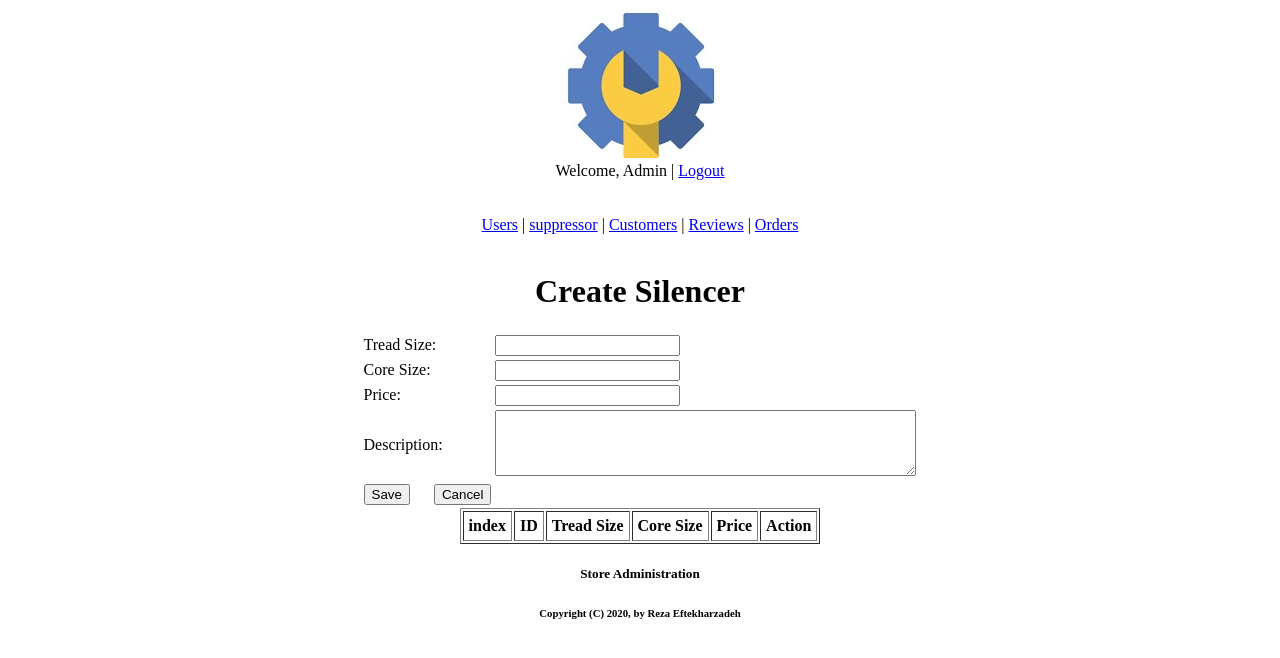
Repository: RezaEftekharzadeh/frey
Page: http://localhost/SilencerStoreProject/admin/silencer_form.jsp
An editor plug-in stored every save of this project. The page is shown before and after the next save, followed by the edit.
The browser window is 1280 px wide. The pictures show the whole page.
The page is served by Tomcat 9. Nobody is signed in. The application's start-up code is not run. Other server files are loaded and not shown. The template is opened directly, without the code that normally fills it, so the values that code supplies are empty.

Above is the page before, as saved 2020-08-11 12:11:18.

### SilencerStoreProject/WebContent/admin/silencer_form.jsp
<%@ page language="java" contentType="text/html; charset=ISO-8859-1"
    pageEncoding="ISO-8859-1"%>
     <%@ taglib prefix="c" uri="http://java.sun.com/jsp/jstl/core" %>
<!DOCTYPE html>
<html>
<head>
<meta charset="ISO-8859-1">
<title>Insert title here</title>
</head>
<body>
<jsp:include page="header.jsp" />
&nbsp;&nbsp;&nbsp;&nbsp;&nbsp;&nbsp;

<div align="center">
		<c:if test = "${silencer != null}">
	     	<h1>Edit Silencer</h1>
	    </c:if>

	    <c:if test="${silencer.silencerId == null}">
	     	<h1>Create Silencer</h1>
	    </c:if>
    </div>

    <div align="center">
    <h4><i><p style="color:green;">${message}</p></i></h4>
	    <c:if test = "${silencer != null}">

		     	<form action="update_silencer" method="get" id="silencerForm">
		     	<input type="hidden" name = "silencerId" value= ${silencer.silencerId } >

		</c:if>

		<c:if test = "${silencer.silencerId == null}">

		     	<form action="create_silencer" method="post" id="silencerForm">

		</c:if>


    	<table >

    			<tr>
    				<td>Tread Size:</td>
    				<td><input type="text" name="tread" id="tread" size="20" value= ${silencer.threadSize }>
    			</tr>
    			<tr>
    				<td>Core Size:</td>
    				<td><input type="text" name="core" id="core" size="20"  value= ${silencer.coreSize }>
    			</tr>
    			<tr>
    				<td>Price:</td>
    				<td><input type="text" name="price" id="price" size="20"  value= ${silencer.price }>
    			</tr>
    			<tr>
    				<td>Description:</td>
    				<td><textarea id="description" name="description" rows="4" cols="50"></textarea></td>
    			</tr>
    			<tr>
    				<td align="center">
    					<button type="submit" >Save</button>
    					&nbsp;&nbsp;&nbsp;&nbsp;
    					<button onclick="javascript:history.go(-1);" >Cancel</button>
    				</td>
    			</tr>

    	 </table>

    	</form>

    </div>
	<!-- <div align="center" 11>


		<form action="create_silencer" method="post">

			Tread size:<input type="text" name="tread">
			<select>
				<option value>

			</select>

			<br/><br/>

			Core size: <input type="text" name="core">
			<select>
				<option value>

			</select>

			<br/><br/>

			price: <input type="text" name="price" size="10">

			<br/><br/>
			Description: <textarea id="w3review" name="description" rows="4" cols="50"></textarea>

			<br/><br/>

			<input type="submit" value="save">

		</form>

	</div> -->


	<div align="center">
		<table border="1" cellPadding="5" id="list">
			<tr>
				<th>index</th>
				<th>ID</th>
				<th>Tread Size</th>
				<th>Core Size</th>
				<th>Price</th>
				<th>Action</th>
			</tr>
			<c:forEach var="silencer" items="${listSilencer}" varStatus="status">
				<tr>
					<td>${status.index+1}</td>
					<td>${silencer.silencerId}</td>
					<td>${silencer.threadSize}</td>
					<td>${silencer.coreSize}</td>
					<td>${silencer.price}</td>
					<td>
						<a href="edit_silencer?id=${silencer.silencerId}">Edit</a>
						<a href="javascript:confirmDelete(${silencer.silencerId})">Delete</a>
					</td>
				</tr>
			</c:forEach>

		</table>

	</div>
	<jsp:include page="footer.jsp" />
	 <script>
		function confirmDelete(silencerId){

			if(confirm('Are you sure that want to delete ' + silencerId + '?')){

				window.location= 'delete_silencer?id='+ silencerId ;
			}

		}
	</script>
</body>
</html>

### SilencerStoreProject/WebContent/admin/header.jsp
<div align="center">

	<div >
		 <img src="../images/admin-page.jpg">
	</div>

	<div >
	  Welcome, Admin | <a href="logout">Logout</a>
	</div>
	<br><br>

	<div>
		<a href="list_users">Users</a> |
		<a href="list_silencer">suppressor</a> |
		<a href="customers">Customers</a> |
		<a href="reviews">Reviews</a> |
		<a href="orders">Orders</a>
	</div>
</div>

### SilencerStoreProject/WebContent/admin/footer.jsp

<div align="center">

 <h5>Store Administration</h5>
 <h6> Copyright (C) 2020, by Reza Eftekharzadeh</h6>



</div>

After the next save:
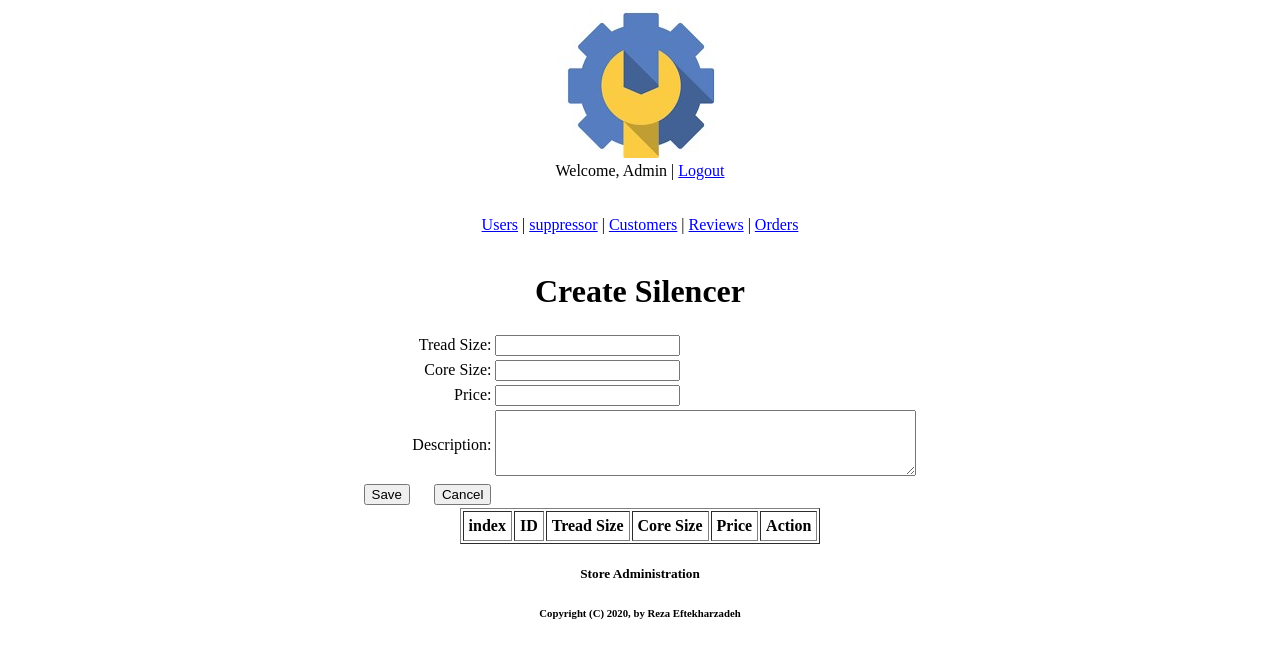
Saved 28 min 16 s later.
--- a/SilencerStoreProject/WebContent/admin/silencer_form.jsp
+++ b/SilencerStoreProject/WebContent/admin/silencer_form.jsp
@@ -40,18 +40,18 @@
     	<table >
 
     			<tr>
-    				<td>Tread Size:</td>
+    				<td align="right">Tread Size:</td>
     				<td><input type="text" name="tread" id="tread" size="20" value= ${silencer.threadSize }>
     			</tr>
     			<tr>
-    				<td>Core Size:</td>
+    				<td align="right">Core Size:</td>
     				<td><input type="text" name="core" id="core" size="20"  value= ${silencer.coreSize }>
     			</tr>
     			<tr>
-    				<td>Price:</td>
+    				<td align="right">Price:</td>
     				<td><input type="text" name="price" id="price" size="20"  value= ${silencer.price }>
     			</tr>
-    			<tr>
+    			<tr align="right">
     				<td>Description:</td>
     				<td><textarea id="description" name="description" rows="4" cols="50"></textarea></td>
     			</tr>
